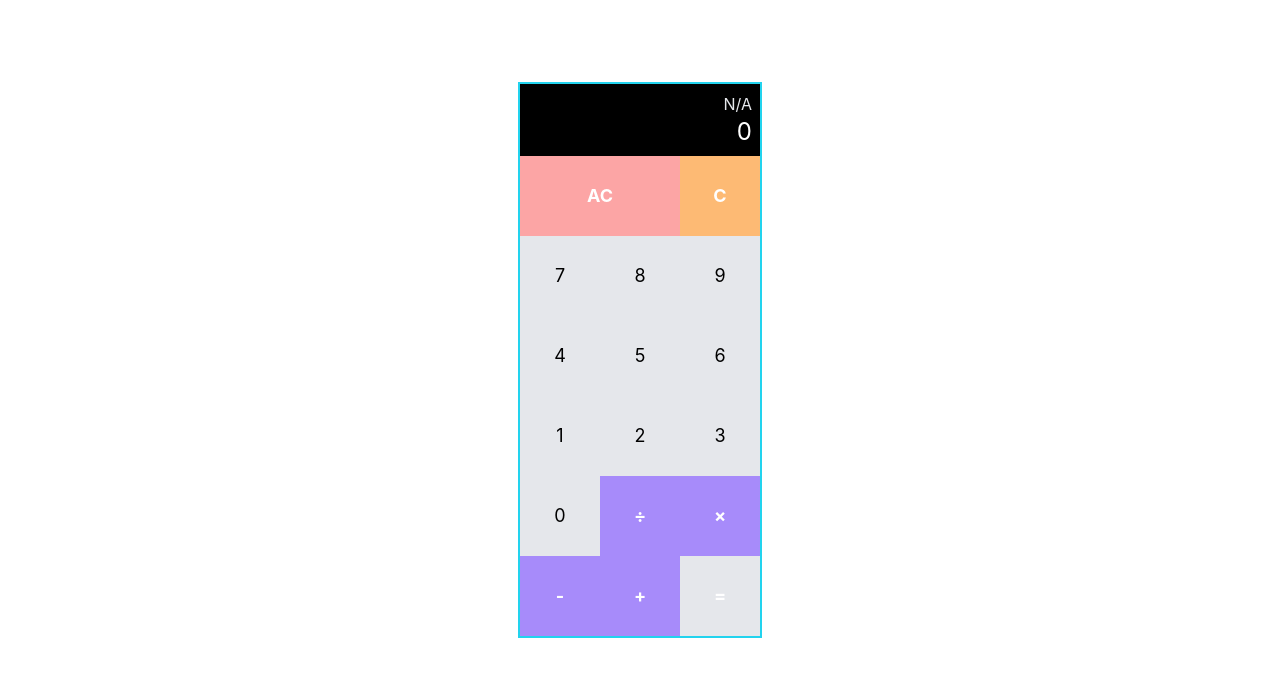
Repository: BrianPhamDev/calculator_app
Page: /
These files come from the project's save history. The page is drawn as it stood at one moment and after the next save; the edit follows.
The browser window is 1280 px wide. The pictures show the whole page.
The project was rebuilt for these pictures with package versions that can differ from the ones it lists, and the page was loaded fresh each time. Also part of the build but not shown: vite.config.js.

Above is the page before, as saved 2024-01-09 14:48:43.

### src/App.jsx
import Calculator from "./components/Calculator";

function App() {
  return (
    <>
      <div className="flex items-center justify-center w-screen h-screen">
        <Calculator></Calculator>
      </div>
    </>
  );
}

export default App;

### src/components/Calculator.jsx
import { calculatorButtons } from "../globals/calculator-button-data";
import { useReducer } from "react";

function reducer(state, action) {}

const Calculator = () => {
  const specialTypes = {
    operator: "bg-violet-400 hover:bg-violet-300 text-white font-bold",
    enter: "bg-blue-400 hover:bg-blue-300 text-white font-bold",
  };
  const specialClasses = {
    ac: "col-span-2 w-40 bg-red-300 text-white font-bold hover:bg-red-400",
    c: "bg-orange-300 text-white font-bold hover:bg-orange-400",
  };

  const [{ current, previous, operation }, dispatch] = useReducer(reducer, {});

  return (
    <div className="border-2 border-cyan-400">
      <div className="w-60 h-fit bg-black text-white flex flex-col items-end justify-around p-2 break-words break-all">
        <div className="previous text-gray-200">{previous || "N/A"}</div>
        <div className="current text-2xl">{current || "0"}</div>
      </div>

      <div className="grid grid-cols-3">
        {calculatorButtons.map((button) => {
          return (
            <div
              key={button.className}
              className={`bg-gray-200 flex items-center justify-center w-20 h-20 hover:bg-slate-300 text-lg  ${
                specialClasses[button.className] || ""
              }
              ${specialTypes[button.type] || ""}`}
            >
              {button.text}
            </div>
          );
        })}
      </div>
    </div>
  );
};

export default Calculator;

### src/globals/calculator-button-data.js
export const calculatorButtons = [
  {
    type: "clear",
    className: "ac",
    text: "AC",
    value: "All Clear",
  },
  {
    type: "clear",
    className: "c",
    text: "C",
    value: "Clear",
  },
  {
    type: "number",
    className: "seven",
    text: 7,
    value: 7,
  },
  {
    type: "number",
    className: "eight",
    text: 8,
    value: 8,
  },
  {
    type: "number",
    className: "nine",
    text: 9,
    value: 9,
  },

  {
    type: "number",
    className: "four",
    text: 4,
    value: 4,
  },
  {
    type: "number",
    className: "five",
    text: 5,
    value: 5,
  },
  {
    type: "number",
    className: "six",
    text: 6,
    value: 6,
  },

  {
    type: "number",
    className: "one",
    text: 1,
    value: 1,
  },
  {
    type: "number",
    className: "two",
    text: 2,
    value: 2,
  },
  {
    type: "number",
    className: "three",
    text: 3,
    value: 3,
  },
  {
    type: "number",
    className: "zero",
    text: 0,
    value: 0,
  },
  {
    type: "operator",
    className: "divide",
    text: "\u00f7",
    value: "Divide",
  },
  {
    type: "operator",
    className: "multiply",
    text: "\u00d7",
    value: "Multiply",
  },
  {
    type: "operator",
    className: "subtract",
    text: "-",
    value: "Subtract",
  },

  {
    type: "operator",
    className: "add",
    text: "+",
    value: "Add",
  },
  {
    type: "enter",
    className: "equal",
    text: "=",
    value: "Equal",
  },
];

Loaded but not shown: index.html (common file); src/main.jsx (common file); src/index.css (common file); tailwind.config.js (common file)

After the next save:
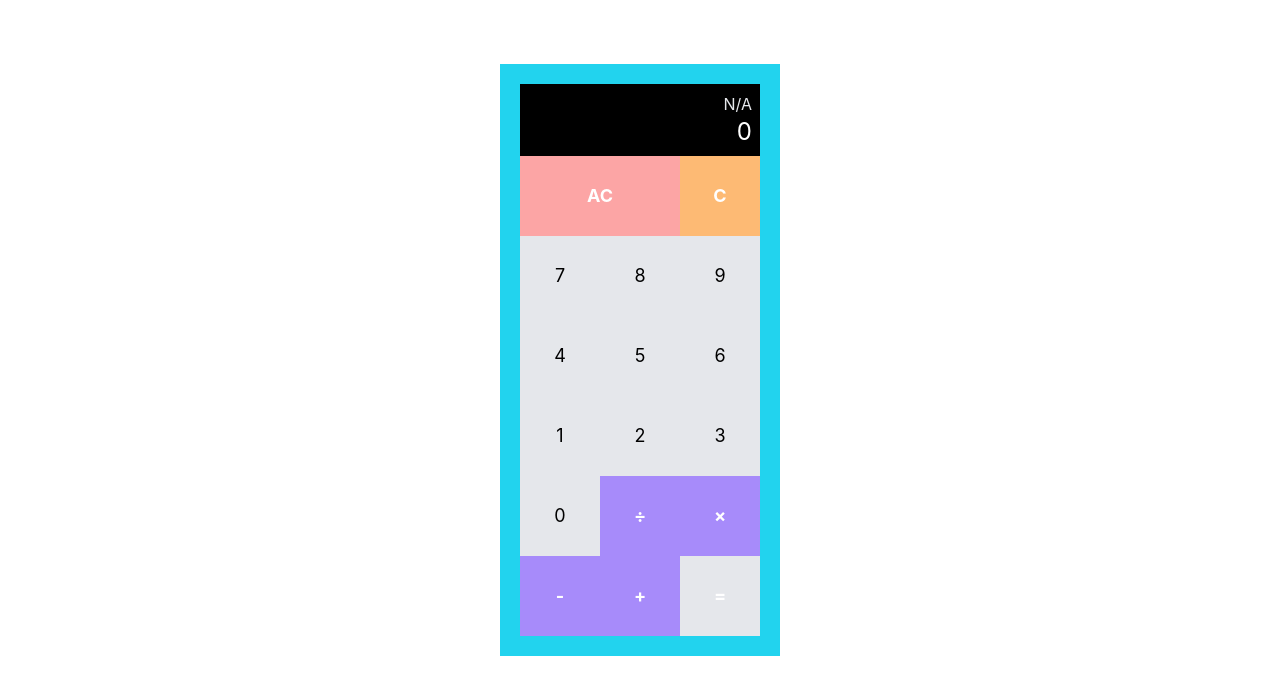
Saved 5 s later.
--- a/src/components/Calculator.jsx
+++ b/src/components/Calculator.jsx
@@ -16,7 +16,7 @@ const Calculator = () => {
   const [{ current, previous, operation }, dispatch] = useReducer(reducer, {});
 
   return (
-    <div className="border-2 border-cyan-400">
+    <div className="border-[20px] border-cyan-400">
       <div className="w-60 h-fit bg-black text-white flex flex-col items-end justify-around p-2 break-words break-all">
         <div className="previous text-gray-200">{previous || "N/A"}</div>
         <div className="current text-2xl">{current || "0"}</div>
